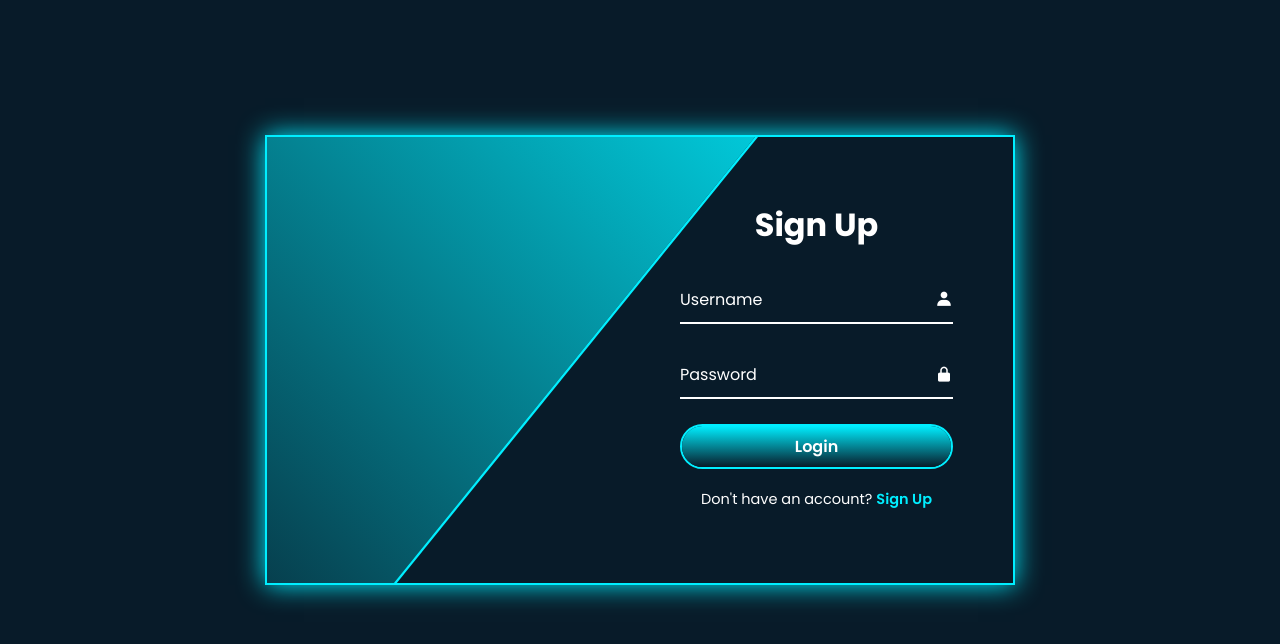
Repository: swastikjhacoder/Login-Registration-HTML
Page: index.html
An editor plug-in stored every save of this project. The page is shown before and after a run of saves, followed by the edit.
The browser window is 1280 px wide. The pictures show the whole page.

Above is the page before, as saved 2023-09-18 15:58:55.
Not found: js/toastify.js

### index.html
<!DOCTYPE html>
<html lang="en">
  <head>
    <meta charset="UTF-8" />
    <meta http-equiv="X-UA-Compatible" content="IE=edge" />
    <meta name="viewport" content="width=device-width, initial-scale=1.0" />
    <title>Login</title>
    <link rel="shortcut icon" href="./images/favicon.png" />
    <link rel="stylesheet" href="style.css" />
    <link href='https://unpkg.com/boxicons@2.1.4/css/boxicons.min.css' rel='stylesheet'>
    <script src="./js/toastify.js"></script>
  </head>
  <body>
    <div class="wrapper">
        <span class="bg-animate1"></span>
        <span class="bg-animate2"></span>

        <div class="form-box login">
            <h2>Login</h2>
            <form action="#">
                <div class="input-box">
                    <input type="text" required/>
                    <label>Username</label>
                    <i class='bx bxs-user'></i>
                </div>
                <div class="input-box">
                    <input type="password" required/>
                    <label>Password</label>
                    <i class='bx bxs-lock-alt' ></i>
                </div>
                <button type="submit" class="btn">Login</button>
                <div class="logreg-link">
                    <p>Don't have an account? <a href="#" class="register-link">Sign Up</a></p>
                </div>
            </form>
        </div>
        <div class="info-text login">
            <h2>Welcome Back!</h2>
            <p>Lorem ipsum dolor sit amet consectetur adipisicing elit. Veritatis, itaque.</p>
        </div>

        <div class="form-box register">
            <h2>Sign Up</h2>
            <form action="#">
                <div class="input-box">
                    <input type="text" required/>
                    <label>Username</label>
                    <i class='bx bxs-user'></i>
                </div>
                <div class="input-box">
                    <input type="password" required/>
                    <label>Password</label>
                    <i class='bx bxs-lock-alt' ></i>
                </div>
                <button type="submit" class="btn">Login</button>
                <div class="logreg-link">
                    <p>Don't have an account? <a href="#" class="register-link">Sign Up</a></p>
                </div>
            </form>
        </div>
    </div>

  </body>
</html>

### style.css
@import url('https://fonts.googleapis.com/css2?family=Poppins:ital,wght@0,100;0,200;0,300;0,400;0,500;0,600;0,700;0,800;0,900;1,400&display=swap');

* {
    margin: 0;
    padding: 0;
    box-sizing: border-box;
    font-family: 'Poppins', sans-serif;
}

body {
    display: flex;
    justify-content: center;
    align-items: center;
    min-height: 100vh;
    background: #081b29;
}

.wrapper {
    position: relative;
    width: 750px;
    height: 450px;
    background: transparent;
    border: 2px solid #0ef;
    box-shadow: 0 0 25px #0ef;
    overflow: hidden;
}

.wrapper .form-box {
    position: absolute;
    top: 0;
    width: 50%;
    height: 100%;
    display: flex;
    flex-direction: column;
    justify-content: center;
}

.wrapper .form-box.login {
    left: 0;
    padding: 0 60px 0 40px;
    display: none;
}

.wrapper .form-box.register {
    right: 0;
    padding: 0 60px 0 40px;
}

.form-box h2 {
    font-size: 32px;
    color: #fff;
    text-align: center;
}

.form-box .input-box {
    position: relative;
    width: 100%;
    height: 50px;
    margin: 25px 0;
}

.input-box input {
    width: 100%;
    height: 100%;
    background: transparent;
    border: none;
    outline: none;
    border-bottom: 2px solid #fff;
    padding-right: 23px;
    font-size: 16px;
    color: #fff;
    font-weight: 500;
    transition: .5s;
}

.input-box input:focus,
.input-box input:valid {
    border-bottom-color: #0ef;
}

.input-box label {
    position: absolute;
    top: 50%;
    left: 0;
    transform: translateY(-50%);
    font-size: 16px;
    color: #fff;
    pointer-events: none;
    transition: .5s;
}

.input-box input:focus~label,
.input-box input:valid~label {
    top: -5px;
    color: #0ef
}

.input-box i {
    position: absolute;
    top: 50%;
    right: 0;
    transform: translateY(-50%);
    font-size: 18px;
    color: #fff;
    transition: .5s;
}

.input-box input:focus~i,
.input-box input:valid~i {
    color: #0ef
}

.btn {
    position: relative;
    width: 100%;
    height: 45px;
    background: transparent;
    border: 2px solid #0ef;
    outline: none;
    border-radius: 40px;
    cursor: pointer;
    font-size: 16px;
    color: #fff;
    font-weight: 600;
    z-index: 1;
    overflow: hidden;
}

.btn::before {
    content: '';
    position: absolute;
    top: -100%;
    left: 0;
    width: 100%;
    height: 300%;
    background: linear-gradient(#081b29, #0ef, #081b29, #0ef);
    z-index: -1;
    transition: .5s;
}

.btn:hover::before {
    top: 0;
}

.form-box .logreg-link {
    font-size: 14.5px;
    color: #fff;
    text-align: center;
    margin: 20px 0 10px;
}

.logreg-link p a {
    color: #0ef;
    text-decoration: none;
    font-weight: 600;
}

.logreg-link p a:hover {
    text-decoration: underline;
}

.wrapper .info-text {
    position: absolute;
    top: 0;
    width: 50%;
    height: 100%;
    display: flex;
    flex-direction: column;
    justify-content: center;
}

.wrapper .info-text.login {
    right: 0;
    text-align: right;
    padding: 0 40px 60px 150px;
    display: none;
}

.info-text h2 {
    font-size: 36px;
    color: #fff;
    line-height: 1.3;
    text-transform: uppercase;
}

.info-text p {
    font-size: 16px;
    color: #fff;
}

.wrapper .bg-animate1 {
    position: absolute;
    top: -4px;
    right: 0;
    width: 850px;
    height: 600px;
    background: linear-gradient(45deg, #081b29, #0ef);
    border-bottom: 3px solid #0ef;
    /* transform: rotate(10deg) skewY(40deg); */
    transform: rotate(0) skewY(0);
    transform-origin: bottom right;
}

.wrapper .bg-animate2 {
    position: absolute;
    top: 100%;
    left: 250px;
    width: 850px;
    height: 700px;
    background: #081b29;
    border-top: 3px solid #0ef;
    transform: rotate(-11deg) skewY(-40deg);
    transform-origin: bottom left;
}

After the next 2 saves:
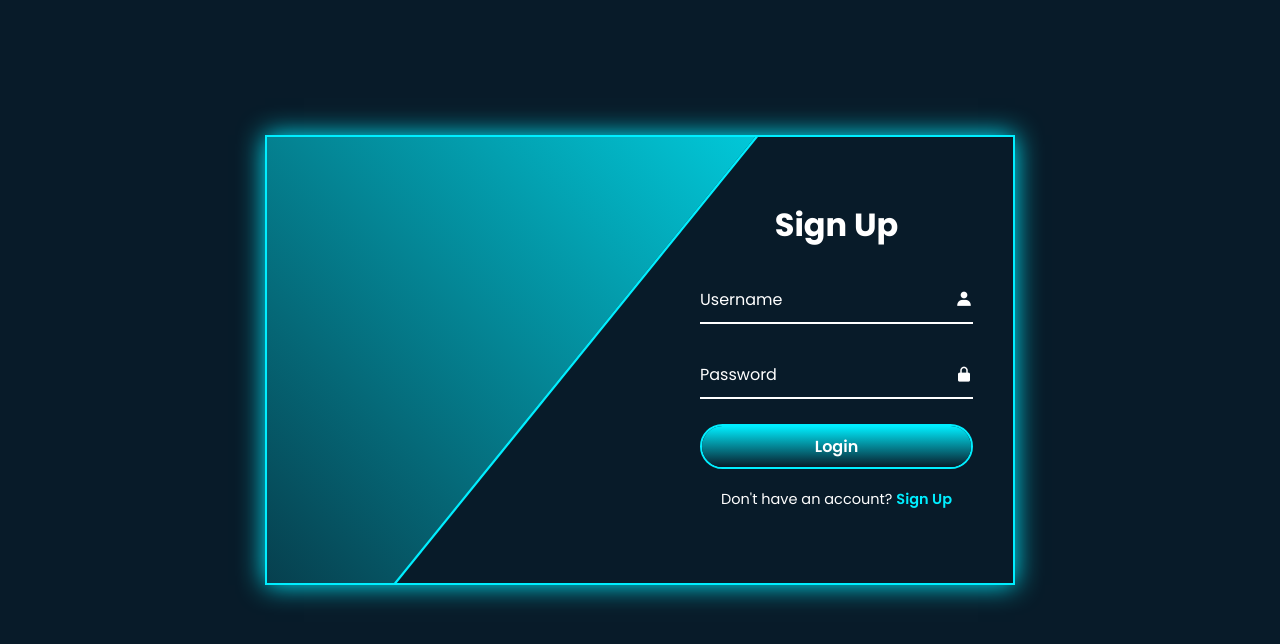
The 2 saves are shown as one change because they came seconds apart.
The last was saved 15 s later.
--- a/style.css
+++ b/style.css
@@ -43,7 +43,7 @@ body {
 
 .wrapper .form-box.register {
     right: 0;
-    padding: 0 60px 0 40px;
+    padding: 0 40px 0 60px;
 }
 
 .form-box h2 {
